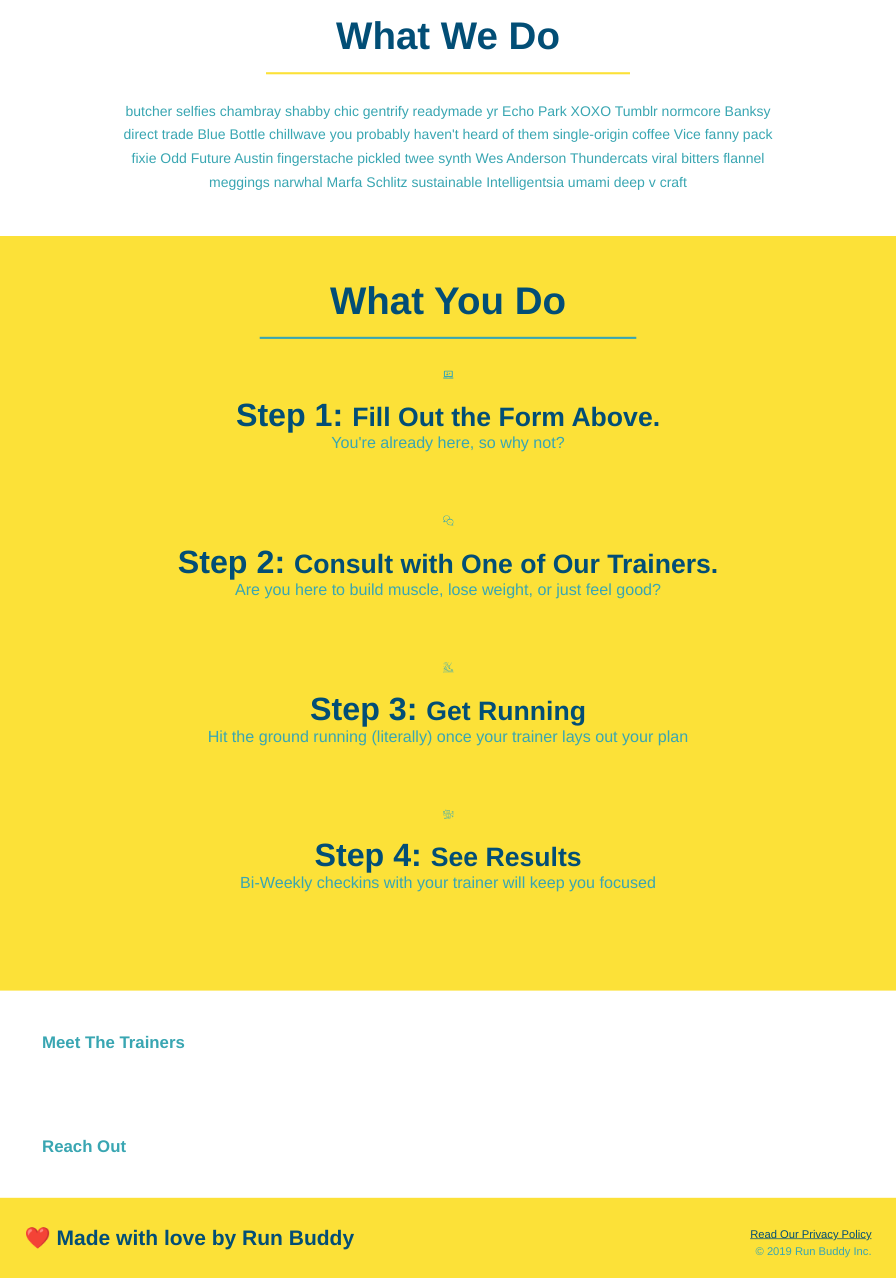
Repository: symlara/run-buddy
Page: index.html
The author's editor kept a copy of each file at every save. The page is drawn from the files as they stood at one save, then again after a run of saves.
The browser window is 1280 px wide. The pictures show the part of the page from y = 843 to 2763 px (the page is 2669 px tall before and 2763 px after), at 70% of full size.

Above is the page before, as saved 2020-12-10 13:18:53.

After the next 4 saves:
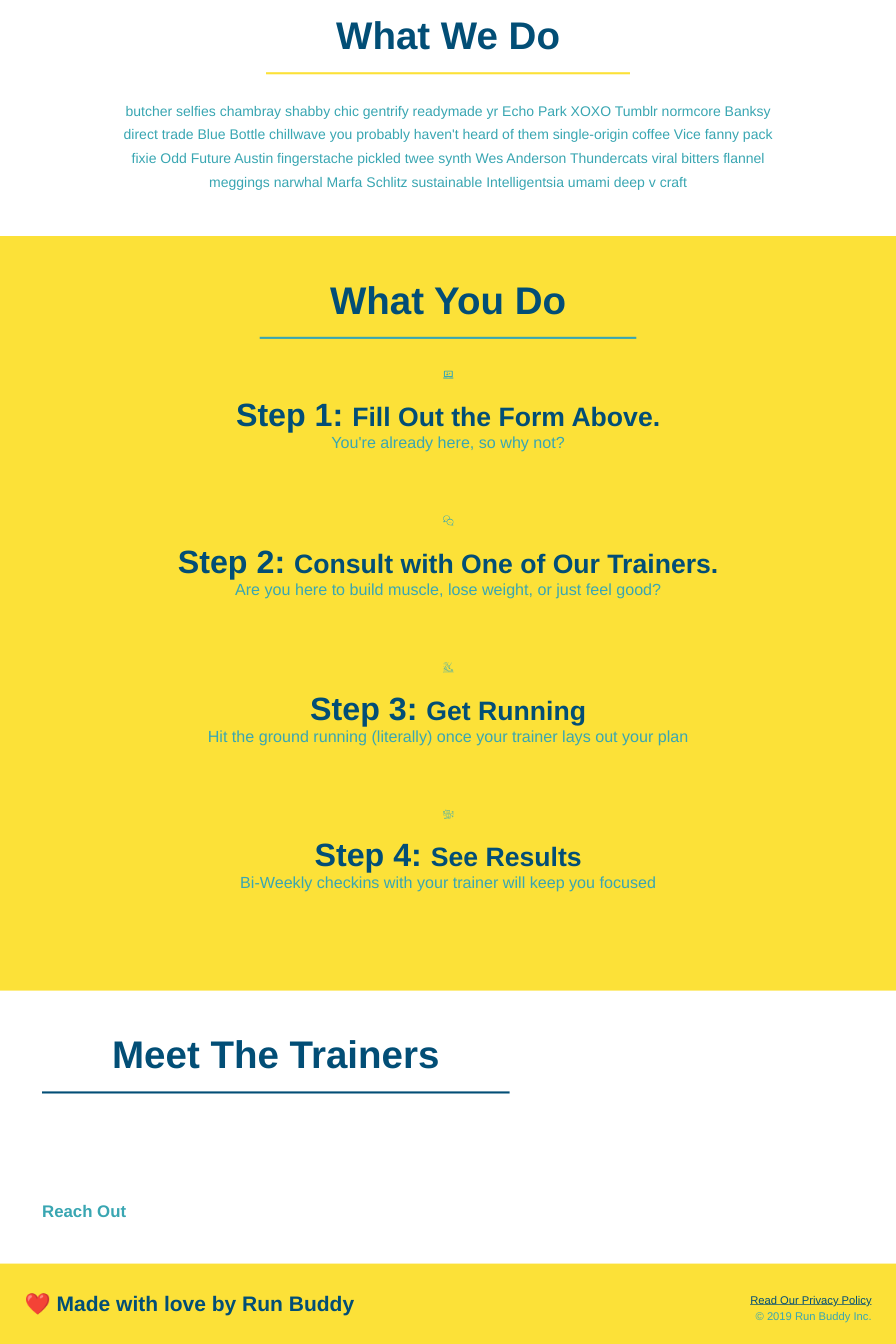
The 4 saves are shown as one change because they came seconds apart.
The last was saved 10 s later.
--- a/index.html
+++ b/index.html
@@ -110,7 +110,7 @@
 
         <!-- "meet the trainers" section -->
         <section id="your-trainers" class="your-trainers">
-            <h2 class="">Meet The Trainers
+            <h2 class="section-title ">Meet The Trainers
 
             </h2>
         </section>
